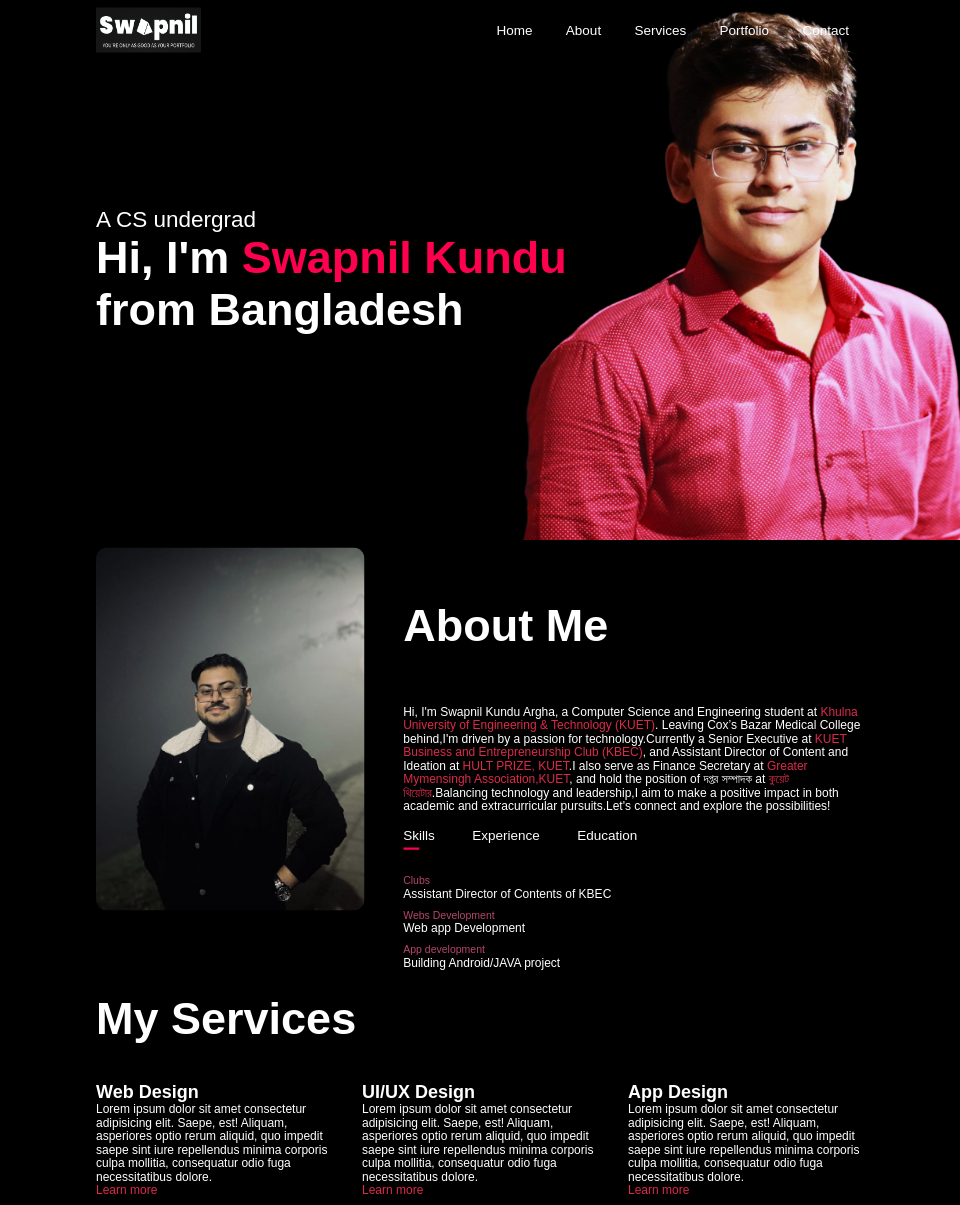
Repository: SwapnilKundu/portfolio
Page: index.html
The author's editor kept a copy of each file at every save. The page is drawn from the files as they stood at one save, then again after a run of saves.
The browser window is 1280 px wide. The pictures show the whole page, at 75% of full size.
Some web libraries are served in a nearby version.

Above is the page before, as saved 2024-01-20 10:12:32.

### index.html
<!DOCTYPE html>
<html lang="en">
<head>
    <meta charset="UTF-8">
    <meta name="viewport" content="width=device-width, initial-scale=1.0">
    <title>Personal Portfolio Website</title>
    <link rel="stylesheet" href="style.css">
    <script src="https://kit.fontawesome.com/74456a4746.js" crossorigin="anonymous"></script>
</head>
<body>
  <div id="header">
    <div class="container">
        <nav>
            <img src="images/logo1.png" class="logo" width="40" height="60">
            <ul>
                <li><a href ="#">Home</a></li>
                <li><a href ="#">About</a></li>
                <li><a href ="#">Services</a></li>
                <li><a href ="#">Portfolio</a></li>
                <li><a href ="#">Contact</a></li>
            </ul>
        </nav>
        <div class="header-text">
            <p>A CS undergrad </p>
            <h1>Hi, I'm <span>Swapnil Kundu</span> <br> from Bangladesh</h1>
        </div>
    </div>
  </div>
  <div id="about">
    <div class="container">
        <div class="row">
            <div class="about-col-1">
                <img src="images/Aboutme4.jpg" alt="Profile Image">
            </div>
            <div class="about-col-2">
                <h1 class="sub-title"><br>About Me</h1>
                <p>
                    <br><br><br><br>Hi, I'm Swapnil Kundu Argha, a Computer Science and Engineering student at <a href="http://www.kuet.ac.bd/" target="_blank">Khulna University of Engineering & Technology (KUET)</a>. Leaving Cox’s Bazar Medical College behind,I'm driven by a passion for technology.Currently a Senior Executive at <a href="https://www.facebook.com/KBEC.official">KUET Business and Entrepreneurship Club (KBEC)</a>, and Assistant Director of Content and Ideation at <a href="https://scontent.fjsr8-1.fna.fbcdn.net/v/t39.30808-6/414475463_878653704262850_605489790676270348_n.jpg?_nc_cat=106&ccb=1-7&_nc_sid=dd5e9f&_nc_eui2=AeG7qaCzWQGluZMTMKWtrD6ipcnI0dawWuilycjR1rBa6PLkHzdtJERiOyrmRQaxy3TT_q5vz9qIQ5m4l8xfiGP6&_nc_ohc=qg8Pu4EAUVYAX9avaA_&_nc_ht=scontent.fjsr8-1.fna&oh=00_AfBZ6Lqa5248mqS64WxhR3KxGRhN1UCrqkgUgA0V5dsZlw&oe=65AF45DF">HULT PRIZE, KUET</a>.I also serve as Finance Secretary at <a href="#link-to-GMA">Greater Mymensingh Association,KUET</a>, and hold the position of দপ্তর সম্পাদক at <a href="#link-to-theater">কুয়েট থিয়েটার</a>.Balancing technology and leadership,I aim to make a positive impact in both academic and extracurricular pursuits.Let's connect and explore the possibilities!
                </p>

                <div class="tab-titles">
                    <p class="tab-links active" onclick="opentab('skills')">Skills</p>
                    <p class="tab-links" onclick="opentab('experience')">Experience</p>
                    <p class="tab-links"onclick="opentab('education')">Education</p>
            </div>
            <div class="tab-contents active-tab"id ="skills">
                <ul>
                    <li><span>Clubs</span><br>Assistant Director of Contents of KBEC</li>
                    <li><span>Webs Development</span><br>Web app Development</li>
                    <li><span>App development</span><br>Building Android/JAVA project</li>
                </ul>
            </div>
            <div class="tab-contents" id ="experience">
                <ul>
                    <li><span>2022-Current</span><br>An Active member of KBEC</li>
                    <li><span>2023-Semester 2.2</span><br>App Development by JAVA</li>
                    <li><span>2024-Semester 3.1</span><br>Web Development by HTML,CSS,JAVA</li>
                    <li><span>2022-Current</span><br>An Active member of KBEC</li>

                </ul>
            </div>

            <div class="tab-contents" id ="education">
                <ul>
                    <li><span>2018</span><br>SSC from Mymensingh Zilla School,Mymensingh</li>
                        <li><span>2020</span><br>HSC from Ananda Mohan College,Mymensingh</li>
                        <li><span>From March,2022</span><br>Currently studying BSc in CSE department</li>
                </ul>
            </div>
        </div>
    </div>
  </div>

  <div id="Services">
    <div class ="container">
    <h1 class="sub-title">My Services</h1>
    <div class ="services-list">

        <div>
            <h2>
                Web Design
            </h2>
            <p>Lorem ipsum dolor sit amet consectetur adipisicing elit. Saepe, est! Aliquam, asperiores optio rerum aliquid, quo impedit saepe sint iure repellendus minima corporis culpa mollitia, consequatur odio fuga necessitatibus dolore.

            </p>
            <a href="#">Learn more</a>
        </div>
        <div>
            <h2>
                UI/UX Design
            </h2>
            <p>Lorem ipsum dolor sit amet consectetur adipisicing elit. Saepe, est! Aliquam, asperiores optio rerum aliquid, quo impedit saepe sint iure repellendus minima corporis culpa mollitia, consequatur odio fuga necessitatibus dolore.

            </p>
            <a href="#">Learn more</a>
        </div>
        <div>
            <h2>
                App Design
            </h2>
            <p>Lorem ipsum dolor sit amet consectetur adipisicing elit. Saepe, est! Aliquam, asperiores optio rerum aliquid, quo impedit saepe sint iure repellendus minima corporis culpa mollitia, consequatur odio fuga necessitatibus dolore.

            </p>
            <a href="#">Learn more</a>
        </div>
        </div>
    </div>
  </div>
  <script>
    var tablinks = document.querySelectorAll(".tab-links");
    var tabcontents = document.querySelectorAll(".tab-contents");

    function opentab(tabname) {
        for (tablink of tablinks) {
            tablink.classList.remove("active-link");
        }

        for (tabcontent of tabcontents) {
            tabcontent.classList.remove("active-tab");
        }

        var activeTab = document.getElementById(tabname);
        activeTab.classList.add("active-tab");

        var activeLink = document.querySelector(`.tab-links[data-tab="${tabname}"]`);
        activeLink.classList.add("active-link");
    }
</script>

</body>
</html>

### style.css
*
{
    margin: 0;
    padding: 0;
    font-family: 'Poppins',sans-serif;
    box-sizing: border-box;
}

body
{
    background: #000;
    color: #fff;
}
#header
{
    width: 100%;
    height: 100vh;
    background-image: url(images/ccc2.png);
    background-size: cover;
    background-position: left;
    background-repeat: no-repeat;
    overflow: hidden;
}
.container
{
padding: 10px 10%;
}
nav{
    display: flex;
    align-items: center;
    justify-content: space-between;
    flex-wrap: wrap;
}
.logo{
    width: 140px;
}

nav ul li{
    display:inline-block;
    list-style: none;
    margin: 10px 20px;

}
nav ul li a{
    color: #fff;
    text-decoration:none ;
    font-size: 18px;
    position: relative;
}

nav ul li a::after
{
    content: '';
    width:0;
    height:3px;
    background:#ff004f;
    position: absolute;
    left: 0;
    bottom: -6px;
    transition: 0.5s;

}
nav ul li a:hover::after
{
    width:100%;
}
.header-text{
    margin-top: 20%;
    font-size: 30px;
}
.header-text h1
{
    font-size:60px;
}
.header-text h1 span
{
    color:#ff004f;
}

#about a {
    color: #db2a4a;
    text-decoration: none;
}

#about a:hover {
    color: #ababab;
}
.row
{
    display: flex;
    justify-content: space-between;
    flex-wrap: wrap;
}

.about-col-1{
    flex-basis:35%;
}
.about-col-1 img
{
    width: 100%;
    border-radius: 15px;
}

.about-col-2
{
    flex-basis: 60%;
}

.sub-title
{
    font-size:60px;
    font-weight:600;
    color:#fff;
}

.tab-titles {
    display: flex;
    margin: 20px 0 40px;
}

.tab-links {
    margin-right: 50px;
    font-size: 18px;
    font-weight: 500;
    cursor: pointer;
    position: relative;
    color: #fff;
    text-decoration: none;
    transition: color 0.5s;
}

.tab-links::after {
    content: '';
    width: 0;
    height: 3px;
    background: #ff004f;
    position: absolute;
    left: 0;
    bottom: -8px;
    transition: 0.5s;
}

.tab-links:hover {
    color: #ff004f; /* Change the color on hover */
}

.tab-links.active::after {
    width: 50%;
}
.tab-contents ul li
{
    list-style:none;
    margin:10px 0;
}
.tab-contents ul li span
{
    color:#b54769;
    font-size: 14px;
}
.tab-contents
{
    display: none;
}
.tab-contents.active-tab
{
    display: block;
}




#services-list
{

    padding :30px 0;
}
.services-list
{
    display:grid;
    grid-template-columns: repeat(auto-fit,minmax(250px, 1fr));
    grid-gap:40px;
    margin-top: 50px;
}

After the next 2 saves:
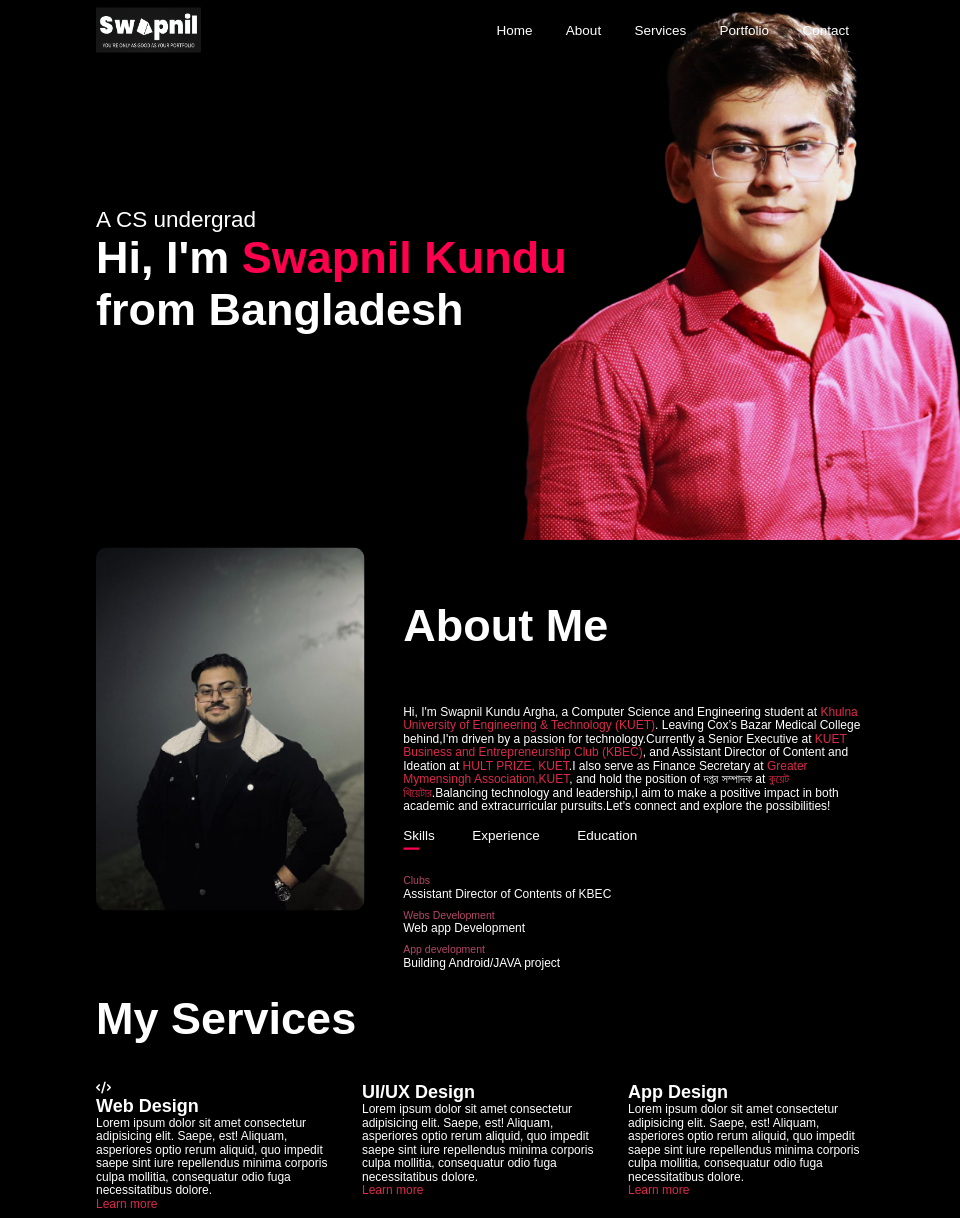
The 2 saves are shown as one change because they came seconds apart.
The last was saved 58 s later.
--- a/index.html
+++ b/index.html
@@ -77,6 +77,7 @@
     <div class ="services-list">
 
         <div>
+            <i class="fa-solid fa-code"></i>
             <h2>
                 Web Design
             </h2>
